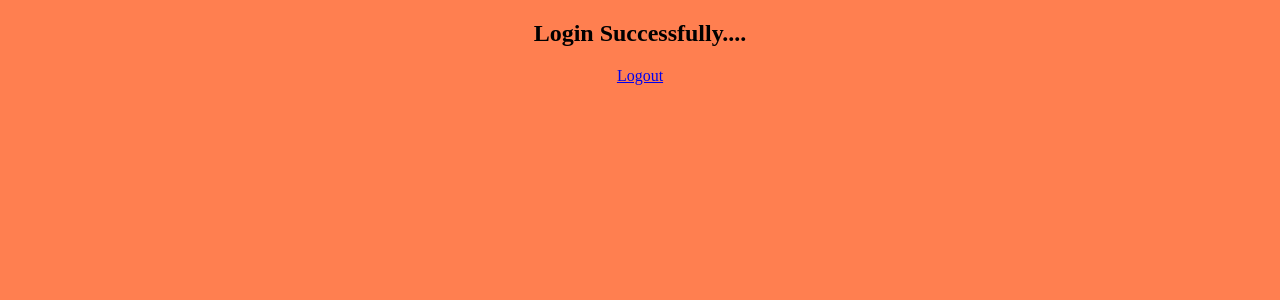
Repository: ashwinipatil321/ServletPrograms
Page: http://localhost/loginAndRegisterServlet/Home.jsp
These files come from the project's save history. The page is drawn as it stood at one moment and after the next save; the edit follows.
The browser window is 1280 px wide. The pictures show the whole page.
The page is served by Tomcat 9. Nobody is signed in. The application's start-up code is not run. Other server files are loaded and not shown.

Above is the page before, as saved 2017-11-07 12:49:54.

### loginAndRegisterServlet/WebContent/Home.jsp
<%@ page language="java" contentType="text/html; charset=UTF-8"
	pageEncoding="UTF-8"%>
<!DOCTYPE html PUBLIC "-//W3C//DTD HTML 4.01 Transitional//EN" "http://www.w3.org/TR/html4/loose.dtd">
<html>
<head>
<meta http-equiv="Content-Type" content="text/html; charset=UTF-8">
<title>Insert title here</title>
</head>
<style>
 body {background-color: #ff7f50;}
</style>
<div>

<body>
	<center>
		<h2>
			<%
            out.println("Login Successfully....");
            %>
		</h2>
		 <a href="login.jsp">Logout</a>
	</center>
</body>
</html>

After the next save:
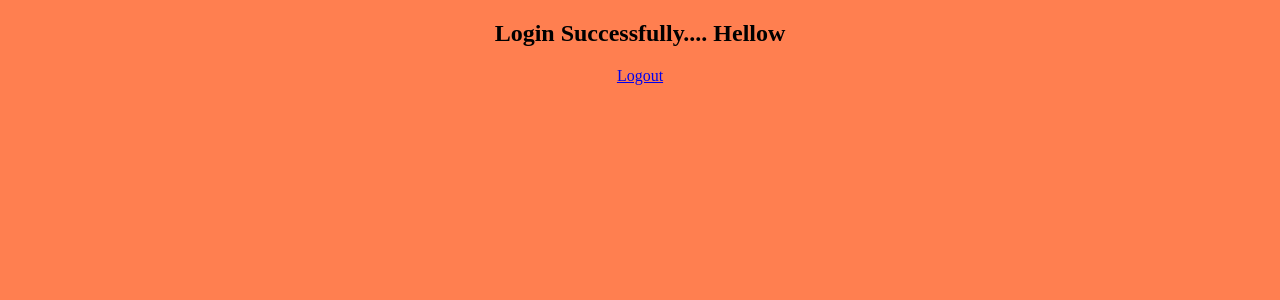
Saved 2 min 51 s later.
--- a/loginAndRegisterServlet/WebContent/Home.jsp
+++ b/loginAndRegisterServlet/WebContent/Home.jsp
@@ -16,6 +16,7 @@
 		<h2>
 			<%
             out.println("Login Successfully....");
+			 out.println("Hellow");
             %>
 		</h2>
 		 <a href="login.jsp">Logout</a>

After the save that followed:
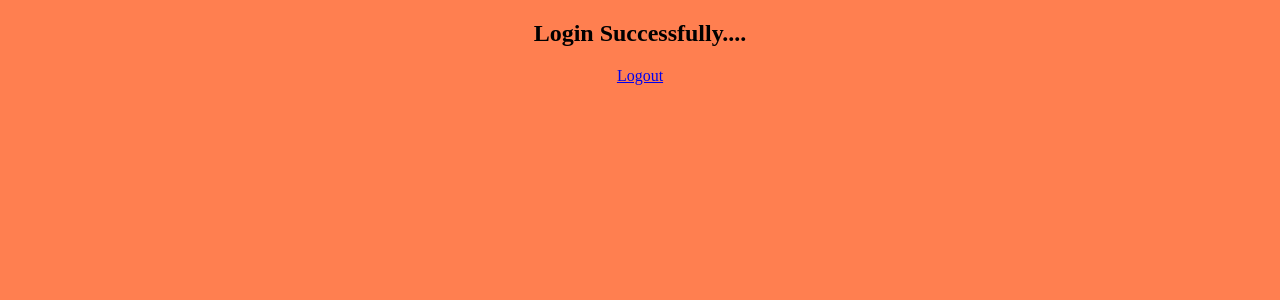
Saved 5 min 14 s later.
--- a/loginAndRegisterServlet/WebContent/Home.jsp
+++ b/loginAndRegisterServlet/WebContent/Home.jsp
@@ -16,7 +16,7 @@
 		<h2>
 			<%
             out.println("Login Successfully....");
-			 out.println("Hellow");
+			session.getAttribute("inputemailId");
             %>
 		</h2>
 		 <a href="login.jsp">Logout</a>
